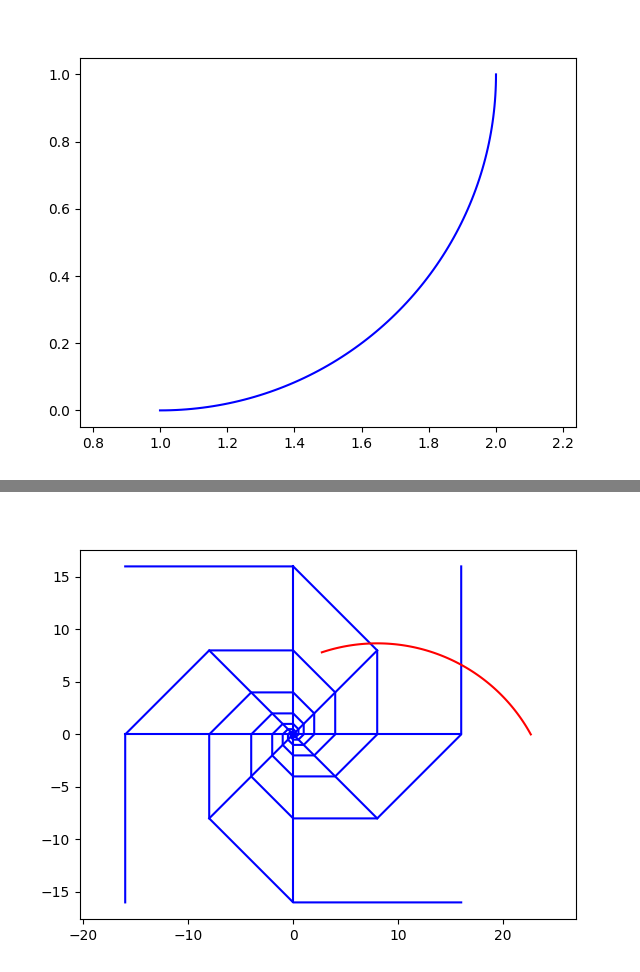
Repository: lbylzkx/Circle-Point-Manuscript
Script's output: python 卍.py
An editor plug-in stored every save of this project. The script's output is shown before and after a run of saves, followed by the edit.
Each picture stacks the figures in order, with grey between them; figures that are only written to a file come last. Random numbers start from a fixed seed.

Above is the script's output before, as saved 2023-09-25 16:26:57.

### 卍.py
import numpy as np
import matplotlib.pyplot as plt
from arc import *
from 卍spiral import *


def x_position(n, thelta=0):
    return np.sqrt(2)**n*np.cos(n*np.pi/4+thelta)


def y_position(n, thelta=0):
    return np.sqrt(2)**n*np.sin(n*np.pi/4+thelta)


# axis
x_axis_1 = [x_position(8), x_position(8, thelta=np.pi)]
y_axis_1 = [y_position(8), y_position(8, thelta=np.pi)]
plt.plot(x_axis_1, y_axis_1, 'b')

x_axis_2 = [x_position(8, thelta=np.pi/2), x_position(8, thelta=3*np.pi/2)]
y_axis_2 = [y_position(8, thelta=np.pi/2), y_position(8, thelta=3*np.pi/2)]
plt.plot(x_axis_2, y_axis_2, 'b')

x_axis_3 = [x_position(7, thelta=0), x_position(7, thelta=np.pi)]
y_axis_3 = [y_position(7, thelta=0), y_position(7, thelta=np.pi)]
plt.plot(x_axis_3, y_axis_3, 'b')

x_axis_4 = [x_position(7, thelta=np.pi/2), x_position(7, thelta=3*np.pi/2)]
y_axis_4 = [y_position(7, thelta=np.pi/2), y_position(7, thelta=3*np.pi/2)]
plt.plot(x_axis_4, y_axis_4, 'b')
# axis

x1 = [x_position(i, thelta=0) for i in range(-10, 10)]
y1 = [y_position(i, thelta=0) for i in range(-10, 10)]
plt.plot(x1, y1, 'b')

x2 = [x_position(i, thelta=np.pi/2) for i in range(-10, 10)]
y2 = [y_position(i, thelta=np.pi/2) for i in range(-10, 10)]
plt.plot(x2, y2, 'b')

x3 = [x_position(i, thelta=np.pi) for i in range(-10, 10)]
y3 = [y_position(i, thelta=np.pi) for i in range(-10, 10)]
plt.plot(x3, y3, 'b')

x4 = [x_position(i, thelta=3*np.pi/2) for i in range(-10, 10)]
y4 = [y_position(i, thelta=3*np.pi/2) for i in range(-10, 10)]
plt.plot(x4, y4, 'b')

# for alpha in range(0, 4):
#     for n in range(-10, 9):
#         arc((loutus_x_center(n, alpha*np.pi/2), loutus_y_center(n, alpha*np.pi/2)),
#             (x_position(n, alpha*np.pi/2), y_position(n, alpha*np.pi/2)), (loutus_x_to(n, alpha*np.pi/2), loutus_y_to(n, alpha*np.pi/2)))


arc((loutus_x_center_inverse(8), loutus_y_center_inverse(8)),
    (loutus_x_from_inverse(8), loutus_y_from_inverse(8)), (loutus_x_to_inverse(8), loutus_y_to_inverse(8)), 'r')

# arc((-8, 8), (16, 0), (16, 16))

plt.axis('equal')
plt.show()

### arc.py
import matplotlib.pyplot as plt
import numpy as np
import sys
sys.path.append('C:/Userslbylzk/Documents/BaiduSyncdisk/Flowers')

""""""
# 从point1到point2的圆弧
""""""


def arc(center, point1, point2, color='b'):
    # 计算端点到圆心的向量
    vector1 = np.array(point1) - np.array(center)
    vector2 = np.array(point2) - np.array(center)

    # 计算向量的模长
    r1 = np.linalg.norm(vector1)
    r2 = np.linalg.norm(vector2)

    # 计算向量之间的夹角
    theta1 = np.arctan2(vector1[1], vector1[0])
    theta2 = np.arctan2(vector2[1], vector2[0])

    # 确保 theta2 > theta1
    if theta2 < theta1:
        theta2 += 2 * np.pi

    # 计算圆弧上的点
    t = np.linspace(theta1, theta2, 100)
    x = center[0] + r1 * np.cos(t)
    y = center[1] + r1 * np.sin(t)

    # X,Y轴等长
    plt.axis('equal')
    # 绘制圆弧
    plt.plot(x, y, color)


# 示例
# arc((1, 1), (2, 1), (1, 0), 'r')
arc((1, 1), (1, 0), (2, 1))
plt.axis('equal')
plt.show()

### 卍spiral.py
import numpy as np
import matplotlib.pyplot as plt
from arc import *


# The points of 卍 or lotus

# 正旋(右旋)
# center:
def loutus_x_center(n, thelta=0):
    return np.sqrt(2)**(n-1)*np.cos(n*np.pi/4+3*np.pi/4+thelta)


def loutus_y_center(n, thelta=0):
    return np.sqrt(2)**(n-1)*np.sin(n*np.pi/4+3*np.pi/4+thelta)


# from:
def x_position(n, thelta=0):
    return np.sqrt(2)**n*np.cos(n*np.pi/4+thelta)


def y_position(n, thelta=0):
    return np.sqrt(2)**n*np.sin(n*np.pi/4+thelta)

# to:


def loutus_x_to(n, thelta=0):
    return np.sqrt(2)**(n+1)*np.cos(n*np.pi/4+np.pi/4+thelta)


def loutus_y_to(n, thelta=0):
    return np.sqrt(2)**(n+1)*np.sin(n*np.pi/4+np.pi/4+thelta)

# 逆旋(左旋)
# center:


def loutus_x_center_inverse(n, thelta=0):
    return np.sqrt(2)**(n-1)*np.cos(n*np.pi/4+7*np.pi/4+thelta)


def loutus_y_center_inverse(n, thelta=0):
    return np.sqrt(2)**(n-1)*np.sin(n*np.pi/4+7*np.pi/4+thelta)


# from:
def loutus_x_from_inverse(n, thelta=0):
    return np.sqrt(2)**(n+1)*np.cos(n*np.pi/4+thelta)


def loutus_y_from_inverse(n, thelta=0):
    return np.sqrt(2)**(n+1)*np.sin(n*np.pi/4+thelta)


# to:


def loutus_x_to_inverse(n, thelta=0):
    return np.sqrt(2)**n*np.cos(n*np.pi/4+np.pi/2+thelta)


def loutus_y_to_inverse(n, thelta=0):
    return np.sqrt(2)**n*np.sin(n*np.pi/4+np.pi/2+thelta)

# for alpha in range(0, 4):
#     for n in range(-10, 9):
#         arc((loutus_x_center(n, alpha*np.pi/2), loutus_y_center(n, alpha*np.pi/2)),
#             (x_position(n, alpha*np.pi/2), y_position(n, alpha*np.pi/2)), (loutus_x_to(n, alpha*np.pi/2), loutus_y_to(n, alpha*np.pi/2)), 'r')
    # arc((loutus_x_center_inverse(n, alpha*np.pi/2), loutus_y_center_inverse(n, alpha*np.pi/2)),
    #     (x_position_inverse(n, alpha*np.pi/2), y_position_inverse(n, alpha*np.pi/2)), (loutus_x_to_inverse(n, alpha*np.pi/2), loutus_y_to_inverse(n, alpha*np.pi/2)), 'r')
# arc((loutus_x_center_inverse(8, alpha*np.pi/2), loutus_y_center_inverse(8, alpha*np.pi/2)),
#     (x_position_inverse(8, alpha*np.pi/2), y_position_inverse(8, alpha*np.pi/2)), (loutus_x_to_inverse(8, alpha*np.pi/2), loutus_y_to_inverse(8, alpha*np.pi/2)), 'r')
# plt.axis('equal')
# plt.show()

After the next 2 saves:
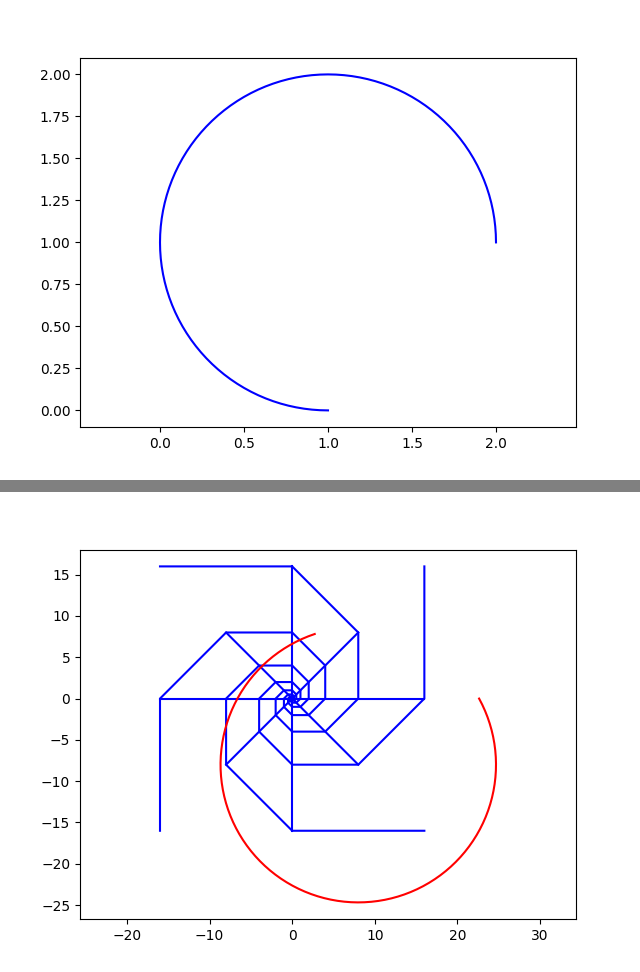
The 2 saves are shown as one change because 1 did not build or start.
The last was saved 3 min 4 s later.
--- a/arc.py
+++ b/arc.py
@@ -9,6 +9,34 @@ sys.path.append('C:/Userslbylzk/Documents/BaiduSyncdisk/Flowers')
 
 
 def arc(center, point1, point2, color='b'):
+    # 计算端点到圆心的向量
+    vector1 = np.array(point1) - np.array(center)
+    vector2 = np.array(point2) - np.array(center)
+
+    # 计算向量的模长
+    r1 = np.linalg.norm(vector1)
+    r2 = np.linalg.norm(vector2)
+
+    # 计算向量之间的夹角
+    theta1 = np.arctan2(vector1[1], vector1[0])
+    theta2 = np.arctan2(vector2[1], vector2[0])
+
+    # 确保 theta2 > theta1
+    if theta1 < theta2:
+        theta1 += 2 * np.pi
+
+    # 计算圆弧上的点
+    t = np.linspace(theta1, theta2, 100)
+    x = center[0] + r1 * np.cos(t)
+    y = center[1] + r1 * np.sin(t)
+
+    # X,Y轴等长
+    plt.axis('equal')
+    # 绘制圆弧
+    plt.plot(x, y, color)
+
+
+def arc_inverse(center, point1, point2, color='b'):
     # 计算端点到圆心的向量
     vector1 = np.array(point1) - np.array(center)
     vector2 = np.array(point2) - np.array(center)
